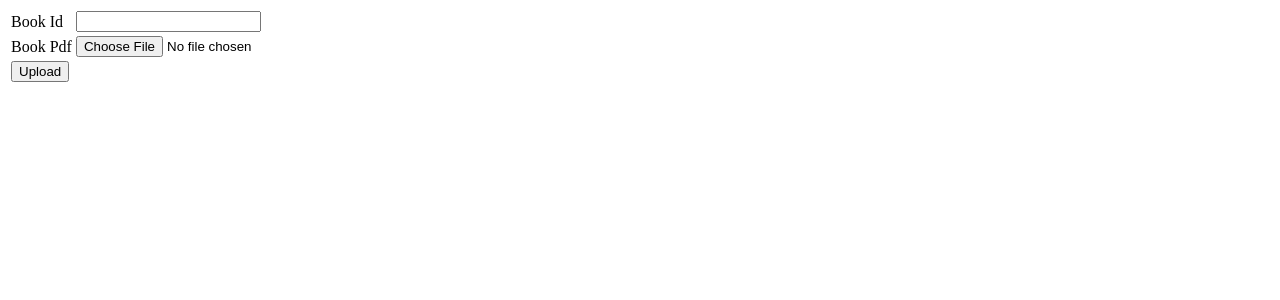
Repository: priyankamergu/MyAllProjects
Page: http://localhost/FileUploadPgm/UploadJsp.jsp
These files come from the project's save history. The page is drawn as it stood at one moment and after the next save; the edit follows.
The browser window is 1280 px wide. The pictures show the whole page.
The page is served by Tomcat 9.

Above is the page before, as saved 2019-12-09 06:05:49.

After the next save:
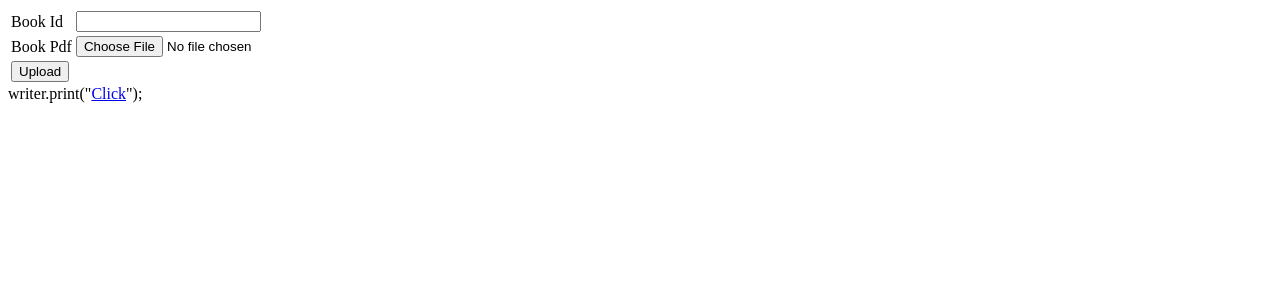
Saved 18 s later.
--- a/Workspace_JEE7_WEB/FileUploadPgm/WebContent/UploadJsp.jsp
+++ b/Workspace_JEE7_WEB/FileUploadPgm/WebContent/UploadJsp.jsp
@@ -21,4 +21,7 @@
    </table>
         </form>
     </body>
+
+
+    writer.print("<a href='DisplayBlobExample'>Click</a>");
 </html>

After the save that followed:
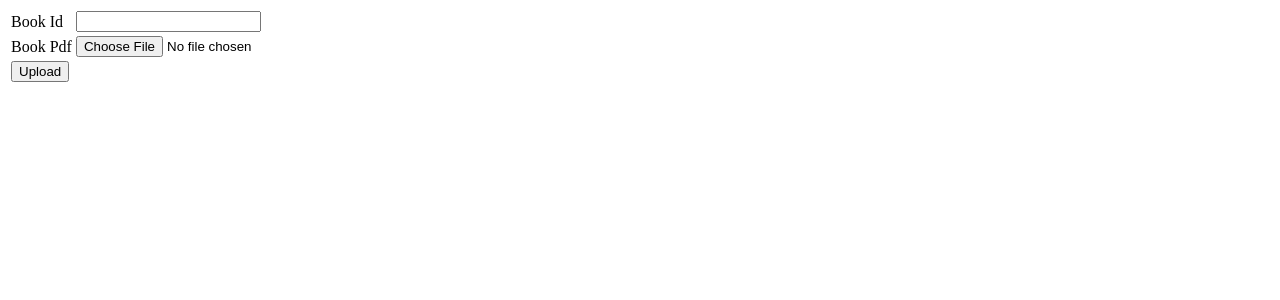
Saved 15 s later.
--- a/Workspace_JEE7_WEB/FileUploadPgm/WebContent/UploadJsp.jsp
+++ b/Workspace_JEE7_WEB/FileUploadPgm/WebContent/UploadJsp.jsp
@@ -23,5 +23,5 @@
     </body>
 
 
-    writer.print("<a href='DisplayBlobExample'>Click</a>");
+    <a href='DisplayBlobExample'></a>
 </html>
